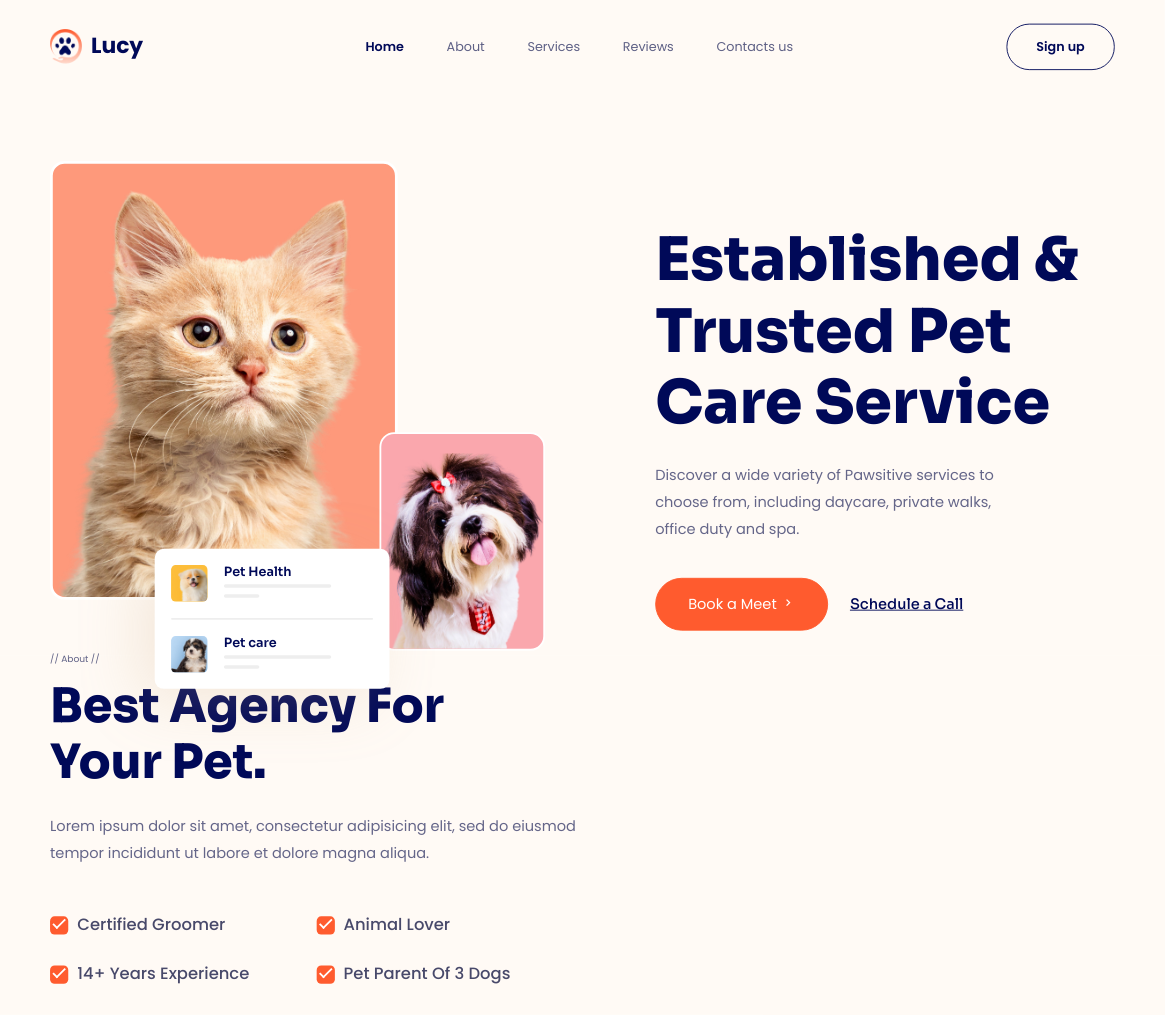
Repository: Cuongquaidan/F8projeact-04
Page: index.html
These files come from the project's save history. The page is drawn as it stood at one moment and after the next save; the edit follows.
The browser window is 1280 px wide. The pictures show the whole page, at 91% of full size.

Above is the page before, as saved 2023-04-15 13:16:46.

After the next save:
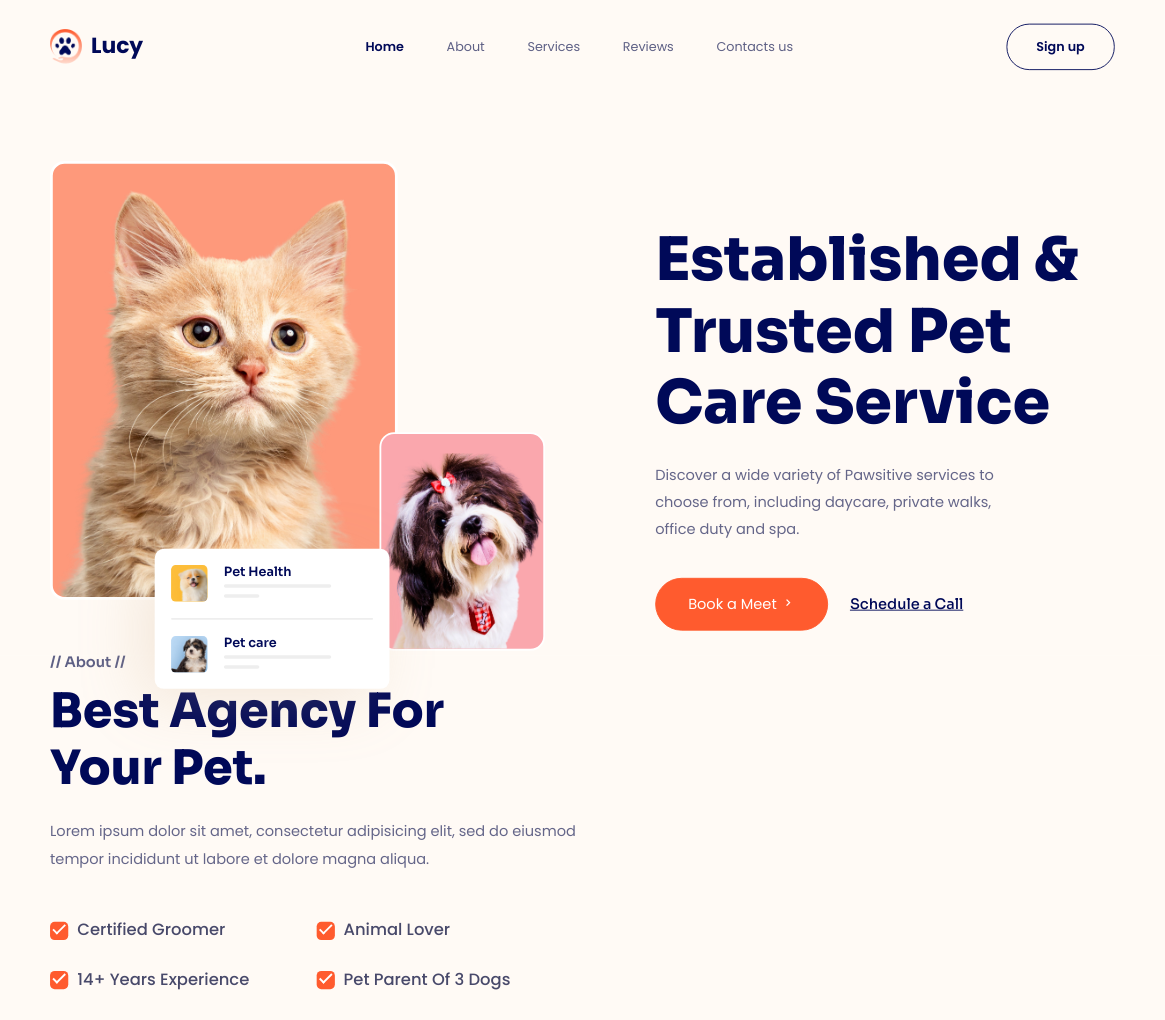
Saved 47 s later.
--- a/asset/css/styles.css
+++ b/asset/css/styles.css
@@ -292,6 +292,13 @@ a {
 .about__cmt {
     color: #5e6085;
     text-align: start;
+
+    font-family: "Sora";
+
+    font-weight: 600;
+    font-size: 1.6em;
+
+    color: #5e6085;
 }
 .about__contents-title {
     width: 446px;
